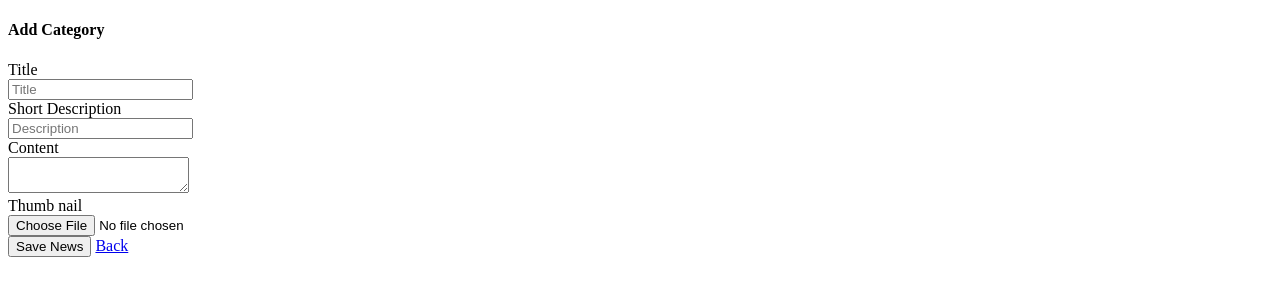
Repository: Hai1820/News
Page: http://localhost/Servlet-Basic/views/admin/category/list-add.jsp
The author's editor kept a copy of each file at every save. The page is drawn from the files as they stood at one save, then again after a run of saves.
The browser window is 1280 px wide. The pictures show the whole page.
The page is served by Tomcat 9. Nobody is signed in. The application's start-up code is not run.

Above is the page before, as saved 2021-07-17 08:44:38.

After the next 2 saves:
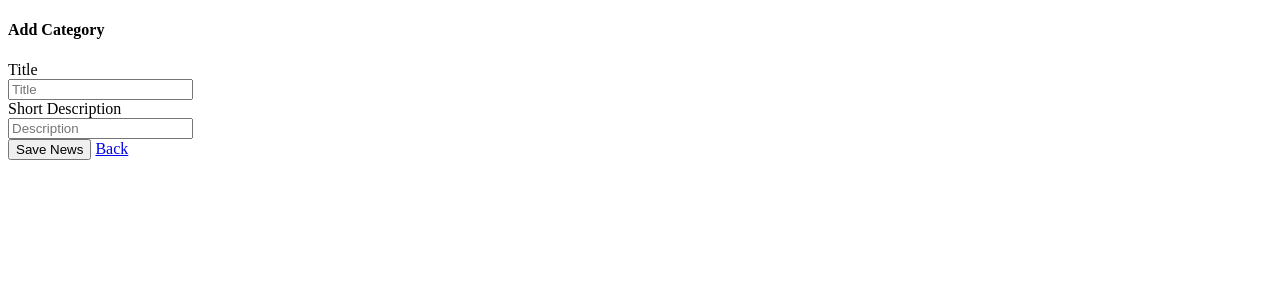
The 2 saves are shown as one change because they came seconds apart.
The last was saved 50 s later.
--- a/Servlet-Basic/src/main/webapp/views/admin/category/list-add.jsp
+++ b/Servlet-Basic/src/main/webapp/views/admin/category/list-add.jsp
@@ -37,21 +37,6 @@
 								placeholder="Description" class="form-control form-control-line">
 						</div>
 					</div>
-					<div class="input-group">
-						<label class="col-md-12">Content</label>
-						<div class="col-md-12">
-							<textarea class="form-control" aria-label="With textarea"
-								name="shortdescription"></textarea>
-						</div>
-					</div>
-					<div class="form-group">
-						<label class="col-md-12">Thumb nail</label>
-						<div class="col-md-12">
-							<input type="file" class="form-control" id="customFile"
-								name="thumbnail" />
-						</div>
-					</div>
-
 
 					<div class="form-group">
 						<div class="col-sm-12">
